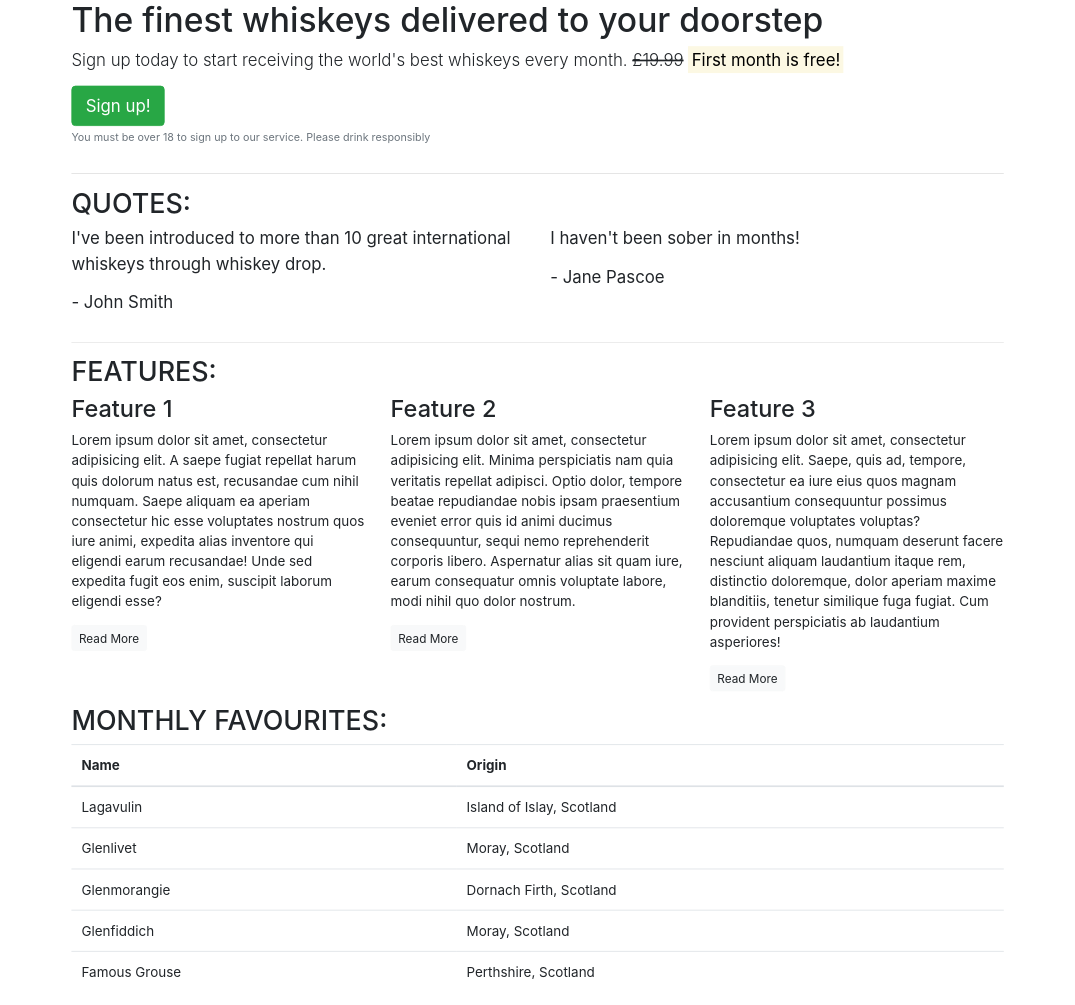
Repository: LouWills/WhiskeyDrop-bootstrap
Page: index.html
The author's editor kept a record of every edit. The page is drawn from the files as they stood at one moment, then again after the next edit.
The browser window is 1280 px wide. The pictures show the whole page, at 84% of full size.

Above is the page before.
Console error: TypeError: Cannot read properties of undefined (reading 'fn')

### index.html
<!DOCTYPE html>
<html lang="en">
<head>
    <meta charset="UTF-8">
    <meta name="viewport" content="width=device-width, initial-scale=1.0">
    <meta http-equiv="X-UA-Compatible" content="ie=edge">
    <link rel="stylesheet" href="https://stackpath.bootstrapcdn.com/bootstrap/4.3.1/css/bootstrap.min.css" integrity="sha384-ggOyR0iXCbMQv3Xipma34MD+dH/1fQ784/j6cY/iJTQUOhcWr7x9JvoRxT2MZw1T" crossorigin="anonymous">
<script src="https://stackpath.bootstrapcdn.com/bootstrap/4.3.1/js/bootstrap.min.js" integrity="sha384-JjSmVgyd0p3pXB1rRibZUAYoIIy6OrQ6VrjIEaFf/nJGzIxFDsf4x0xIM+B07jRM" crossorigin="anonymous"></script>
    <!--main.css are my own styles on the website-->
    <link rel="stylesheet" href="main.css" type="text/css" />
    <title>Whiskey Drop_Taste a new whiskey every month</title>
</head>
<body>
   <article class="container">
       <!--callout-->
       <div class="row">
           <div class="col-12">
               <section class="callout">
                   <h1>The finest whiskeys delivered to your doorstep</h1>
                   <p class="lead">Sign up today to start receiving the world's best whiskeys every month. <s>£19.99</s> <strong><mark>First month is free!</mark></strong></p>
                    <button class="btn btn-success btn-lg btn-tablet">Sign up!</button>
                   <p class="text-muted"><small>You must be over 18 to sign up to our service. Please drink responsibly</small></p>
               </section>
           </div>
       </div>
       <!--/.callout-->
       <hr>

       <!-- Quotes -->
       <section class="quotes">
           <div class="row">
               <div class="col-12">
                   <h2 class="text-uppercase">Quotes:</h2>
               </div>
           </div>
           <div class="row">
               <div class="col-6">
                   <blockquote class="blockquote">
                       <p>I've been introduced to more than 10 great international whiskeys through whiskey drop.</p>
                       <p>- John Smith</p>
                   </blockquote>
               </div>
               <div class="col-6">
                   <blockquote class="blockquote">
                       <p>I haven't been sober in months!</p>
                       <p>- Jane Pascoe</p>
                   </blockquote>
               </div>
           </div>
        </section>
        <!--/.quotes-->

        <hr>

        <!--Features-->
        <section class="features">
            <div class="row">
                <div class="col-12">
                    <h2 class="text-uppercase">Features:</h2>
                </div>
            </div>
            <div class="row">
                <div class="col-4">
                    <div class="feature">
                        <h3>Feature 1</h3>
                        <p>Lorem ipsum dolor sit amet, consectetur adipisicing elit. A saepe fugiat repellat harum quis dolorum natus est, recusandae cum nihil numquam. Saepe aliquam ea aperiam consectetur hic esse voluptates nostrum quos iure animi, expedita alias inventore qui eligendi earum recusandae! Unde sed expedita fugit eos enim, suscipit laborum eligendi esse?</p>
                        <p><a class="btn btn-sm btn-light btn-tablet" href="">Read More</a></p>
                    </div>
                </div>
                <div class="col-4">
                    <div class="feature">
                        <h3>Feature 2</h3>
                        <p>Lorem ipsum dolor sit amet, consectetur adipisicing elit. Minima perspiciatis nam quia veritatis repellat adipisci. Optio dolor, tempore beatae repudiandae nobis ipsam praesentium eveniet error quis id animi ducimus consequuntur, sequi nemo reprehenderit corporis libero. Aspernatur alias sit quam iure, earum consequatur omnis voluptate labore, modi nihil quo dolor nostrum.</p>
                        <p><a class="btn btn-sm btn-light btn-tablet" href="">Read More</a></p>
                    </div>
                </div>
                <div class="col-4">
                    <div class="feature">
                        <h3>Feature 3</h3>
                        <p>Lorem ipsum dolor sit amet, consectetur adipisicing elit. Saepe, quis ad, tempore, consectetur ea iure eius quos magnam accusantium consequuntur possimus doloremque voluptates voluptas? Repudiandae quos, numquam deserunt facere nesciunt aliquam laudantium itaque rem, distinctio doloremque, dolor aperiam maxime blanditiis, tenetur similique fuga fugiat. Cum provident perspiciatis ab laudantium asperiores!</p>
                        <p><a class="btn btn-sm btn-light btn-tablet" href="">Read More</a></p>
                    </div>
                </div>
            </div>
        </section>
        <!-- /.Features -->

        <!--Monthly Favourites-->
        <section class="monthlyFavourites">
            <div class="row">
                <div class="col-12">
                    <h2 class="text-uppercase">Monthly favourites:</h2>
                </div>
            </div>
            <div class="row">
                <div class="col-12">
                    <table class="table">
                        <thead>
                            <tr>
                              <th scope="col" class="tab-header">Name</th>
                              <th scope="col" class="tab-header">Origin</th>
                            </tr>
                        </thead>
                        <tbody>
                            <tr>
                              <td>Lagavulin</td>
                              <td>Island of Islay, Scotland</td>
                            </tr>
                            <tr>
                              <td>Glenlivet</td>
                              <td>Moray, Scotland</td>
                            </tr>
                            <tr>
                              <td>Glenmorangie</td>
                              <td>Dornach Firth, Scotland</td>
                            </tr>
                             <tr>
                              <td>Glenfiddich</td>
                              <td>Moray, Scotland</td>
                            </tr>
                            <tr>
                              <td>Famous Grouse</td>
                              <td>Perthshire, Scotland</td>
                            </tr>
                        </tbody>
                    </table>
                </div>
            </div>
        </section>
   </article>
</body>
</html>

### main.css
@media (max-width: 767px) {
    .btn-tablet {
    margin:auto;
    display:block;
}
}

After the next edit:
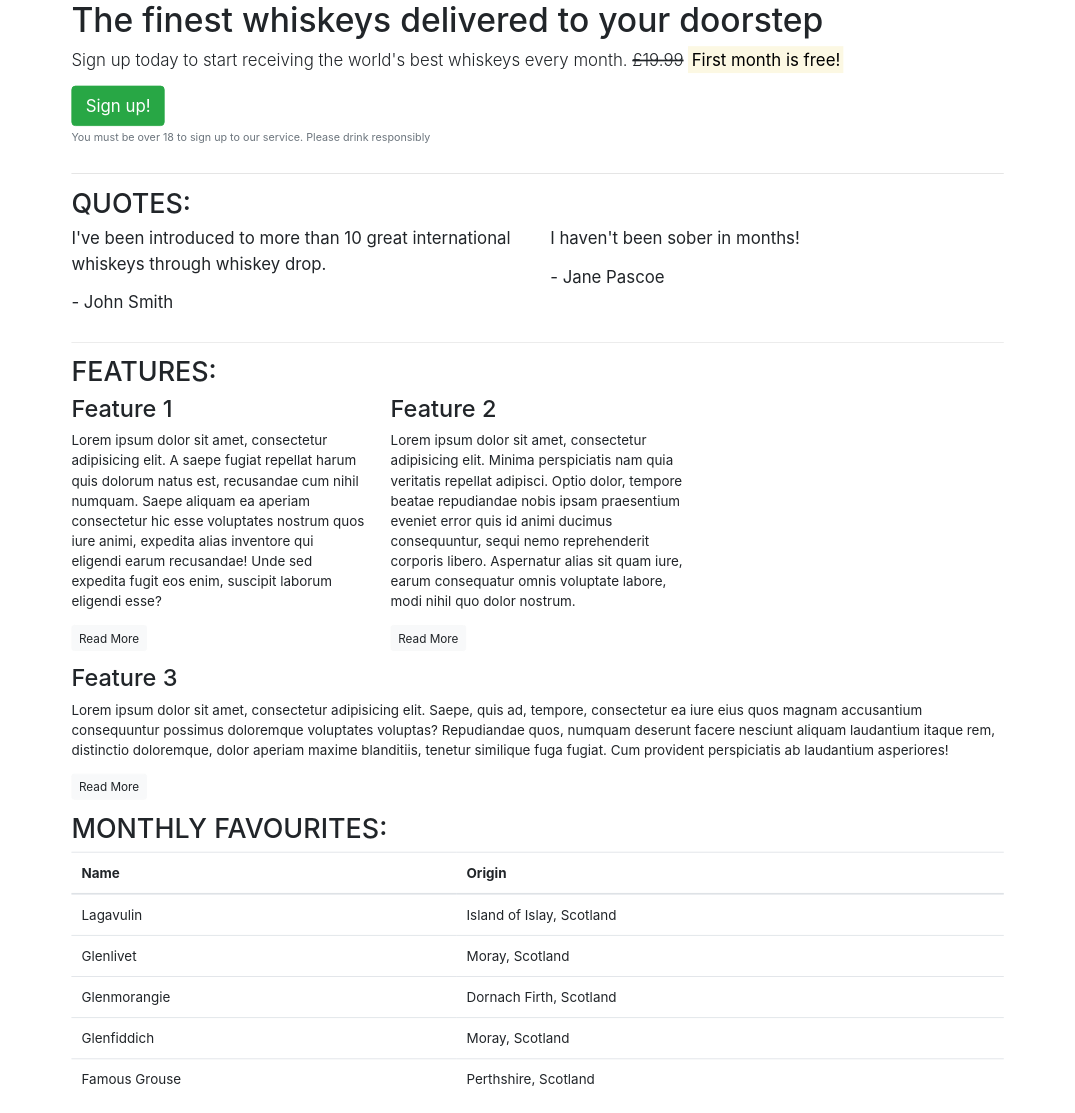
The edit:
--- a/index.html
+++ b/index.html
@@ -74,7 +74,7 @@
                         <p><a class="btn btn-sm btn-light btn-tablet" href="">Read More</a></p>
                     </div>
                 </div>
-                <div class="col-4">
+                <div class="col-12">
                     <div class="feature">
                         <h3>Feature 3</h3>
                         <p>Lorem ipsum dolor sit amet, consectetur adipisicing elit. Saepe, quis ad, tempore, consectetur ea iure eius quos magnam accusantium consequuntur possimus doloremque voluptates voluptas? Repudiandae quos, numquam deserunt facere nesciunt aliquam laudantium itaque rem, distinctio doloremque, dolor aperiam maxime blanditiis, tenetur similique fuga fugiat. Cum provident perspiciatis ab laudantium asperiores!</p>
